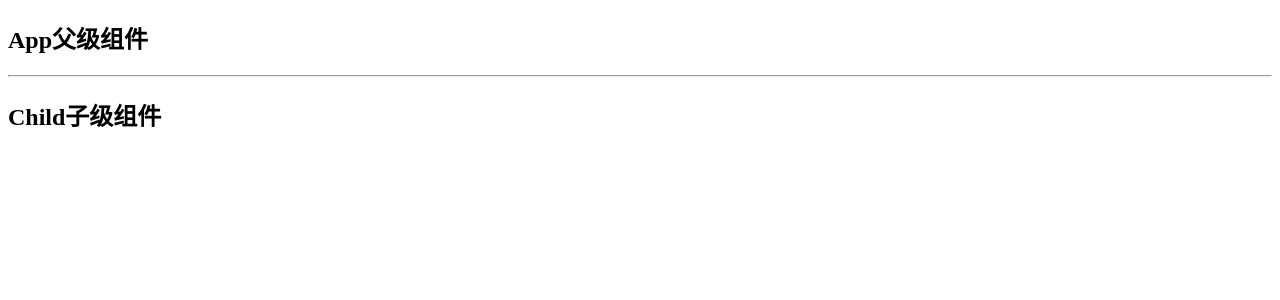
Repository: zhuhongxiang/Vue3.0-TSLeaning
Page: / (app in 04_Vue3/vue3_learning/)
The author's editor kept a copy of each file at every save. The page is drawn from the files as they stood at one save, then again after the next save.
The browser window is 1280 px wide. The pictures show the whole page.
The project was rebuilt for these pictures with package versions that can differ from the ones it lists, and the page was loaded fresh each time.

Above is the page before, as saved 2021-07-25 21:43:34.

After the next save:
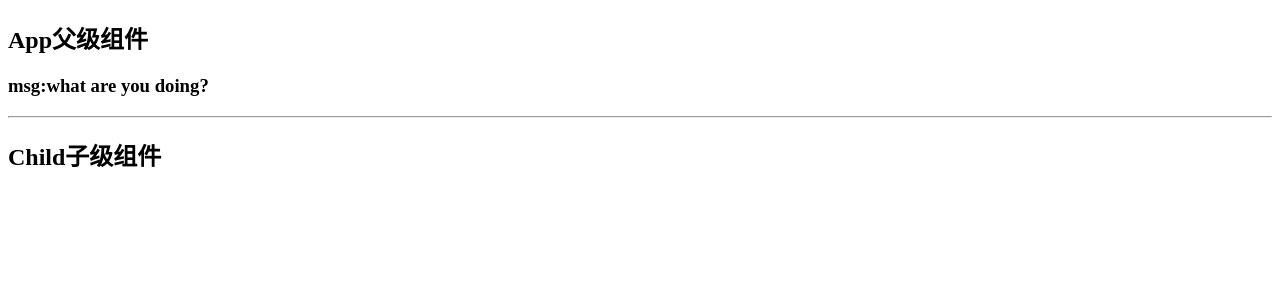
Saved 12 s later.
--- a/04_Vue3/vue3_learning/src/App.vue
+++ b/04_Vue3/vue3_learning/src/App.vue
@@ -1,5 +1,6 @@
 <template>
   <h2>App父级组件</h2>
+  <h3>msg:{{ msg }}</h3>
   <hr />
   <Child />
 </template>
